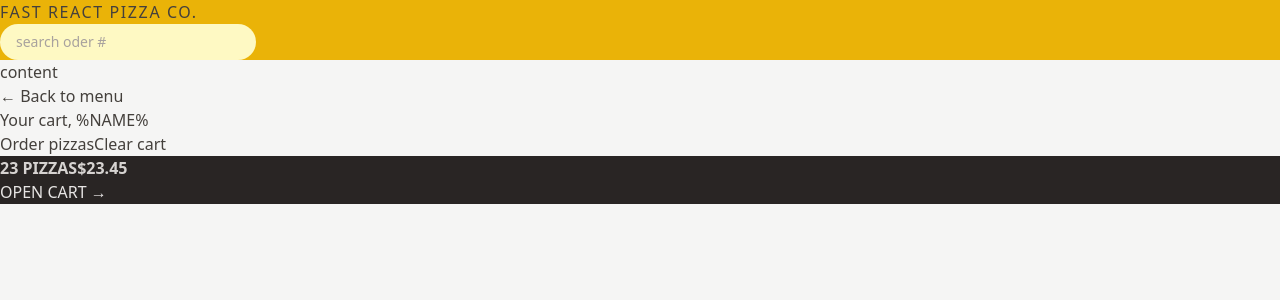
Repository: ayakhaled0001/pizza-delivery
Page: /cart
An editor plug-in stored every save of this project. The page is shown before and after the next save, followed by the edit.
The browser window is 1280 px wide. The pictures show the whole page.
The project was rebuilt for these pictures with package versions that can differ from the ones it lists, and the page was loaded fresh each time. Also part of the build but not shown: vite.config.js, src/ui/Home.jsx, src/services/apiRestaurant.jsx, src/utilities/helpers.jsx, src/features/menu/MenuItem.jsx, src/features/menu/Menu.jsx, src/features/order/Order.jsx, src/ui/Loader.jsx and 1 more. Imported but missing from the stored project, and not drawn on this page: src/features/order/CreateOrder.

Above is the page before, as saved 2025-05-01 02:19:45.

### index.html
<!DOCTYPE html>
<html lang="en">
  <head>
    <meta charset="UTF-8" />
    <link rel="icon" type="image/svg+xml" href="/vite.svg" />
    <meta name="viewport" content="width=device-width, initial-scale=1.0" />
    <title>Vite + React</title>
  </head>
  <body class="bg-stone-100 text-stone-700">
    <div id="root"></div>
    <script type="module" src="/src/main.jsx"></script>
  </body>
</html>

### src/App.jsx
import { createBrowserRouter, RouterProvider } from "react-router-dom";
import Home from "./ui/Home";
import Menu, { loader as menuLoader } from "./features/menu/Menu";
import Cart from "./features/cart/Cart";
import CreateOrder, {
  action as CreateOrderAction,
} from "./features/order/CreateOrder";
import Order, { loader as orderLoader } from "./features/order/Order";
import AppLayout from "./ui/AppLayout";
import Error from "./ui/Error";
const router = createBrowserRouter([
  {
    element: <AppLayout />,
    children: [
      { path: "/", element: <Home /> },
      {
        path: "/menu",
        element: <Menu />,
        loader: menuLoader,
        errorElement: <Error />,
      },
      { path: "/cart", element: <Cart /> },
      {
        path: "/order/new",
        element: <CreateOrder />,
        action: CreateOrderAction,
      },
      {
        path: "/order/:orderId",
        element: <Order />,
        loader: orderLoader,
        errorElement: <Error />,
      },
    ],
  },
]);
function App() {
  return <RouterProvider router={router} />;
}

export default App;

### src/ui/AppLayout.jsx
import Header from "./Header";
import CartOverview from "../features/cart/CartOverview";
import { Outlet, useNavigation } from "react-router-dom";
import Loader from "./Loader";

function AppLayout() {
  const navigation = useNavigation();
  const isLoading = navigation.state === "loading";
  console.log(navigation.state);
  return (
    <div className="layout">
      {isLoading && <Loader />}
      <Header />
      <main>
        <p>content</p>
        <Outlet />
      </main>
      <CartOverview />
    </div>
  );
}

export default AppLayout;

### src/ui/Header.jsx
import { Link } from "react-router-dom";
import SearchOrder from "../features/order/SearchOrder.jsx";

function Header() {
  return (
    <header className="bg-yellow-500 uppercase">
      <Link to="/" className="tracking-widest">
        Fast React Pizza Co.
      </Link>
      <SearchOrder />
    </header>
  );
}

export default Header;

### src/features/cart/CartOverview.jsx
import { Link } from "react-router-dom";

function CartOverview() {
  return (
    <div className="bg-stone-800 text-stone-200 uppercase">
      <p className="text-stone-300 font-semibold">
        <span>23 pizzas</span>
        <span>$23.45</span>
      </p>
      <Link to="/cart">Open cart &rarr;</Link>
    </div>
  );
}

export default CartOverview;

### src/features/order/SearchOrder.jsx
import { useState } from "react";
import { useNavigate } from "react-router-dom";

function SearchOrder() {
  const [query, setQuery] = useState("");
  const navigate = useNavigate();
  function handleSubmit(e) {
    e.preventDefault();
    if (!query) return;
    navigate(`/order/${query}`);
    setQuery("");
  }
  return (
    <form onSubmit={handleSubmit}>
      <input
        placeholder="search oder #"
        value={query}
        onChange={(e) => setQuery(e.target.value)}
        className="duration-300 sm:w-64 focus:outline-none focus:ring
         focus:ring-yellow-500 focus:ring-opacity-50  sm:focus:w-72 transition-all w-28
         bg-yellow-100 rounded-full px-4 py-2 text-sm placeholder:text-stone-400"
      />
    </form>
  );
}

export default SearchOrder;

### src/features/user/UserName.jsx
function UserName() {
  return <div className="text-sm font-semibold">ayoya</div>;
}

export default UserName;

Loaded but not shown: src/main.jsx (common file); src/index.css (common file); src/features/cart/Cart.jsx (common file); tailwind.config.js (common file)

After the next save:
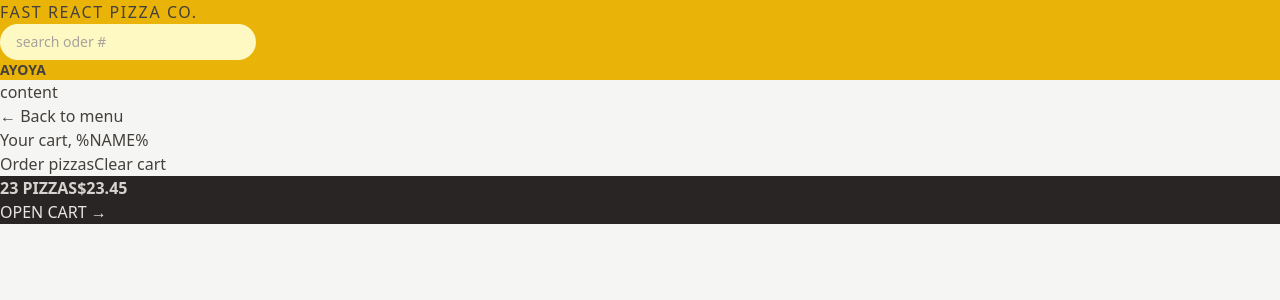
Saved 9 s later.
--- a/src/ui/Header.jsx
+++ b/src/ui/Header.jsx
@@ -1,5 +1,6 @@
 import { Link } from "react-router-dom";
 import SearchOrder from "../features/order/SearchOrder.jsx";
+import UserName from "../features/user/UserName.jsx";
 
 function Header() {
   return (
@@ -8,6 +9,7 @@ function Header() {
         Fast React Pizza Co.
       </Link>
       <SearchOrder />
+      <UserName />
     </header>
   );
 }
